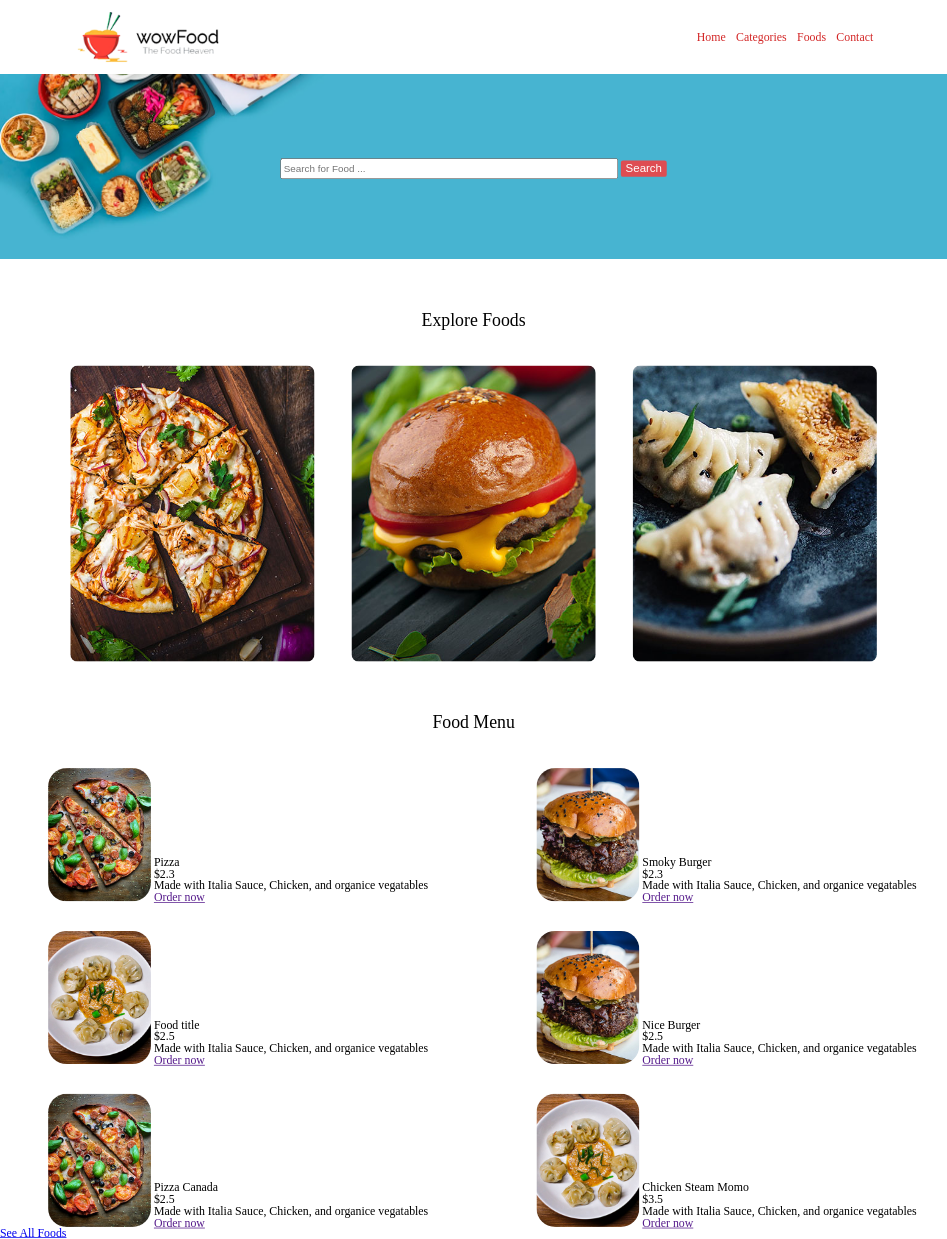
Repository: ruaruababa/WowFood
Page: index.html
The author's editor kept a copy of each file at every save. The page is drawn from the files as they stood at one save, then again after the next save.
The browser window is 1280 px wide. The pictures show the whole page, at 74% of full size.

Above is the page before, as saved 2021-09-18 00:27:18.

After the next save:
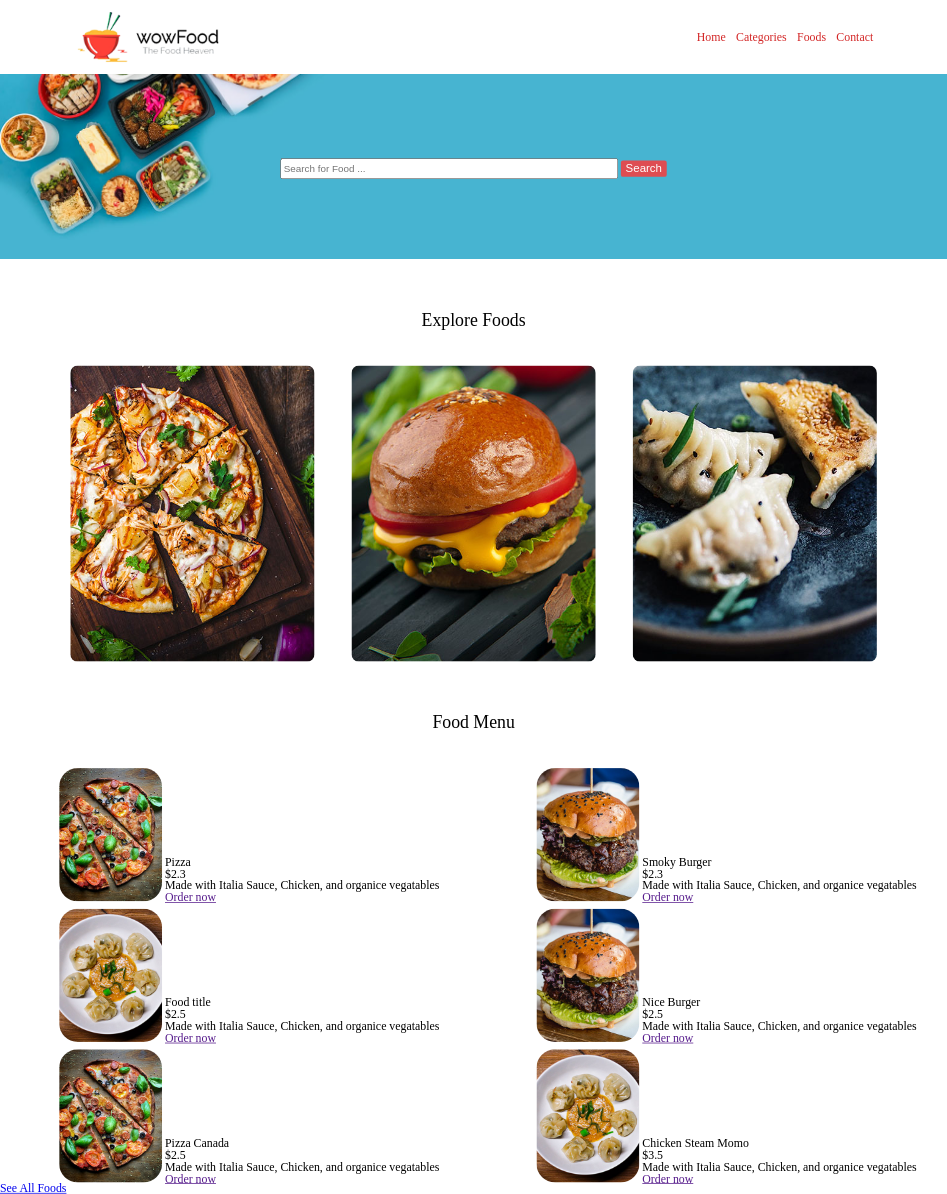
Saved 110 s later.
--- a/style.css
+++ b/style.css
@@ -117,7 +117,7 @@ section {
 .container-menu {
     padding-top: 50px;
     display: grid;
-    grid-gap: 40px;
+    grid-gap: 10px;
     grid-template-columns: repeat(auto-fit, minmax(550px, 1fr));
     grid-auto-rows: 180px;
     justify-items: end;
